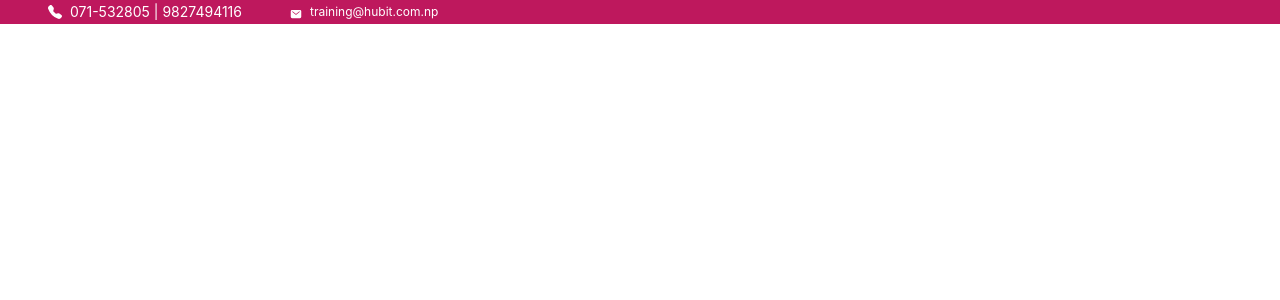
Repository: Sushant203/react-training-
Page: /
These files come from the project's save history. The page is drawn as it stood at one moment and after the next save; the edit follows.
The browser window is 1280 px wide. The pictures show the whole page.
The project was rebuilt for these pictures with package versions that can differ from the ones it lists, and the page was loaded fresh each time. Also part of the build but not shown: src/App.css.

Above is the page before, as saved 2022-12-15 00:57:42.

### src/App.js

import './App.css';
import UpperNav from './components/UpperNav';

function App() {
  return (
    <div>
      <UpperNav />
    </div>
  );
}

export default App;

### src/components/UpperNav.jsx
import React from "react";
import { BsFillTelephoneFill } from "react-icons/bs";
import { IoMail } from "react-icons/io5";
const UpperNav = () => {
  return (
    <div>
      <div className="bg-pink-700 align-center px-2 text-white text-sm">
        <div className="flex">
          <div className="flex gap-2 items-center mx-10">
            <BsFillTelephoneFill className="text-white" />
            <p>071-532805 | 9827494116</p>
          </div>
          <div className="flex gap-2 items-center px-2 py-1 text-xs">
            <IoMail className="mt-1" />
            <p>training@hubit.com.np</p>
          </div>
        </div>
        <div></div>
      </div>

      <div></div>
    </div>
  );
};

export default UpperNav;

Loaded but not shown: public/index.html (common file); src/index.js (common file); src/index.css (common file); src/reportWebVitals.js (common file); tailwind.config.js (common file)

After the next save:
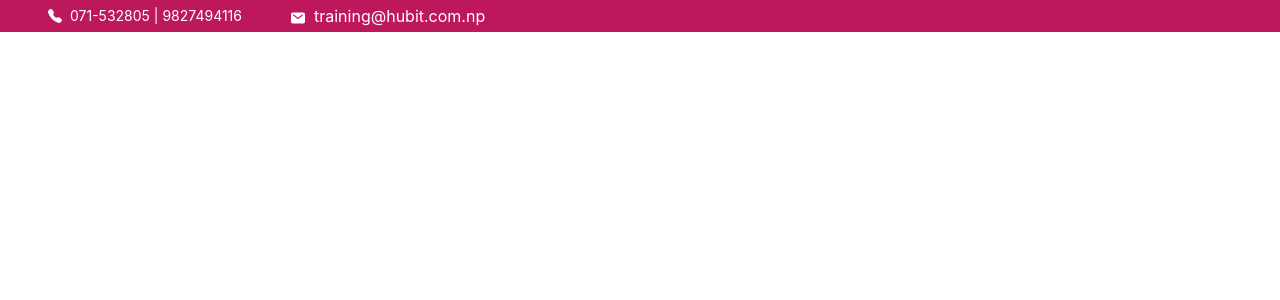
Saved 30 s later.
--- a/src/components/UpperNav.jsx
+++ b/src/components/UpperNav.jsx
@@ -10,7 +10,7 @@ const UpperNav = () => {
             <BsFillTelephoneFill className="text-white" />
             <p>071-532805 | 9827494116</p>
           </div>
-          <div className="flex gap-2 items-center px-2 py-1 text-xs">
+          <div className="flex gap-2 items-center px-2 py-1 text-base">
             <IoMail className="mt-1" />
             <p>training@hubit.com.np</p>
           </div>
